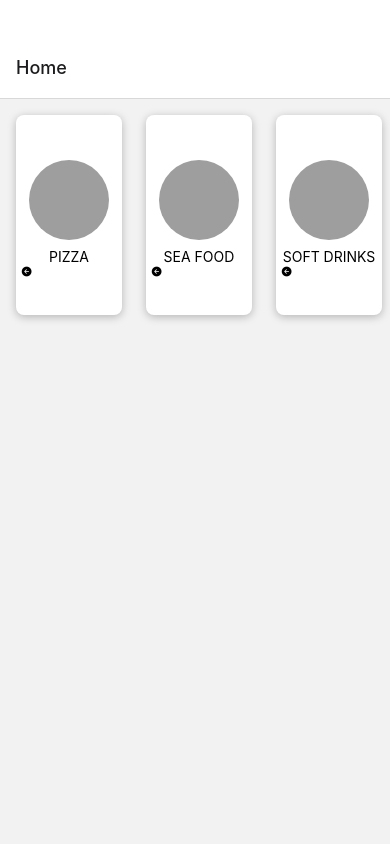
Repository: Esraa22M/ReactNative
Screen: /
An editor plug-in stored every save of this project. The screen is shown before and after the next save, followed by the edit.
Pictures or frames that could not be fetched are drawn as grey boxes. The app was drawn by React Native's web renderer in a window 390 px wide. The project was rebuilt for these pictures with package versions that can differ from the ones it lists, and the page was loaded fresh each time. Also part of the build but not shown: src/components/header/header.component.js, src/colors/front-screen-colors/user-auth-colors.js, src/components/header/header.styles.js, src/components/textInput/textInput.styles.js, src/components/textInput/textInput.components.jsx, src/components/singup-form-body/singup-form-body.components.js, src/screens/front-screen/Singup/singup-screen.screens.jsx, src/authentication/api/login-info.js and 2 more.

Above is the screen before, as saved 2023-09-21 01:14:42.

### App.js
import { SafeAreaView } from "react-native";
import { singupStyles } from "./src/screens/front-screen/Singup/singup-screen.styles";
import { Singup } from "./src/screens/front-screen/Singup/singup-screen.screens";
import UserCard from "./src/screens/front-screen/user-card/user-card.screens";
import { NavigationContainer } from "@react-navigation/native";
import { createStackNavigator } from "@react-navigation/stack";
import { Home } from "./src/screens/front-screen/home/home.screens";
const Stack = createStackNavigator();
export default function App() {
  return (
    <SafeAreaView style={singupStyles.container}>
      {/* <UserCard /> */}
      <NavigationContainer>
        <Stack.Navigator>
          <Stack.Screen name="Home" component={Home} />
        </Stack.Navigator>
      </NavigationContainer>
    </SafeAreaView>
  );
}

### src/screens/front-screen/Singup/singup-screen.styles.jsx
import { StyleSheet } from "react-native";
export const singupStyles = StyleSheet.create({
  container: { flex: 1, marginTop: 35 },
});

### src/screens/front-screen/home/home.screens.js
import { View, Text } from "react-native";
import { Categories } from "../../../components/categories/categories.components";
export const Home = () => {
  return (
    <>
      <Categories />
    </>
  );
};

### src/components/categories/categories.components.js
import { categories } from "../../data/dummay__data";
import { FlatList } from "react-native";
import { CategoryItem } from "./category-item.components";
export const Categories = () => {
  function renderCategoryItem(itemData) {
    return <CategoryItem item={itemData.item} />;
  }
  return (
    <FlatList
      numColumns={3}
      data={categories}
      renderItem={renderCategoryItem}
      keyExtractor={(item) => item.id}
    />
  );
};

### src/data/dummay__data.js
import { Category } from "../modal/category.modals";
export const categories = [
  new Category(
    "1pizza",
    "Pizza",
    "https://img.freepik.com/free-vector/flying-slice-pizza-cartoon-vector-illustration-fast-food-concept-isolated-vector-flat-cartoon-style_138676-1934.jpg?w=740&t=st=1695067102~exp=1695067702~hmac=7d47136b0dff2be87480dc1a22a28658daa67f706d90b59d117303a312dc6c16"
  ),
  new Category(
    "sea_food2",
    "sea food",
    "https://img.freepik.com/free-vector/seafood-products-set_98292-1624.jpg?w=740&t=st=1695067277~exp=1695067877~hmac=62082bdd900b5c830349f2bb8f3cd3466fcfb5395c4f24459194aeaeb256cb2c"
  ),
  new Category(
    "3softDrinks",
    "soft drinks",
    "https://img.freepik.com/free-vector/soda-cups-drink_24877-57922.jpg?w=740&t=st=1695067422~exp=1695068022~hmac=60b80d144880f8a8413a85c867ecfc35a38170c71354acfc84aa5b82ae30d594"
  ),
];

### src/components/categories/category-item.components.js
import { View, Text, Image, StyleSheet, Pressable } from "react-native";
import { HomeColors } from "../../colors/front-screen-colors/home-colors";
import { IconButton } from "../icon-button/icon-button.components";
export const CategoryItem = ({ item }) => {
  const { name, image } = item;
  console.log(item);
  return (
    <View style={styles.container}>
      <Pressable>
        <Image source={{ uri: image }} style={styles.image} />
        <Text style={styles.categoryName}>{name}</Text>
        <IconButton name={"arrow-back-circle"} />
      </Pressable>
    </View>
  );
};
const styles = StyleSheet.create({
  container: {
    flex: 1,
    height: 200,
    justifyContent: "center",
    backgroundColor: HomeColors.LIGHT_COLOR,
    alignItems: "center",
    shadowColor: "black",
    shadowOpacity: 0.25,
    shadowOffset: { width: 0, height: 2 },
    shadowRadius: 8,
    marginVertical: 16,
    marginLeft: 16,
    marginRight: 8,
    elevation: 4,
    alignItems: "center",
    borderRadius: 8,
  },
  image: {
    width: 80,
    height: 80,
    borderRadius: 80 / 2,
    margin: 8,
  },
  categoryName: {
    textAlign: "center",
    textTransform: "uppercase",
  },
});

### src/modal/category.modals.js
export class Category {
  constructor(id, name, image) {
    this.id = id;
    this.name = name;
    this.image = image;
  }
}

### src/colors/front-screen-colors/home-colors.js
export const HomeColors = { LIGHT_COLOR: "white", ACTIVE_COLOR: "#FFBF00" };

### src/components/icon-button/icon-button.components.js
import { Pressable, StyleSheet } from "react-native";
import Ionicons from "@expo/vector-icons/Ionicons";
export const IconButton = ({ name, color, size, ...props }) => {
  return (
    <Pressable style={({ pressed }) => pressed && styles.pressed}>
      <Ionicons {...props} name={name} color={color} size={size} />
    </Pressable>
  );
};
const styles = StyleSheet.create({ pressed: { opacity: 0.7, color: "blue" } });

After the next save:
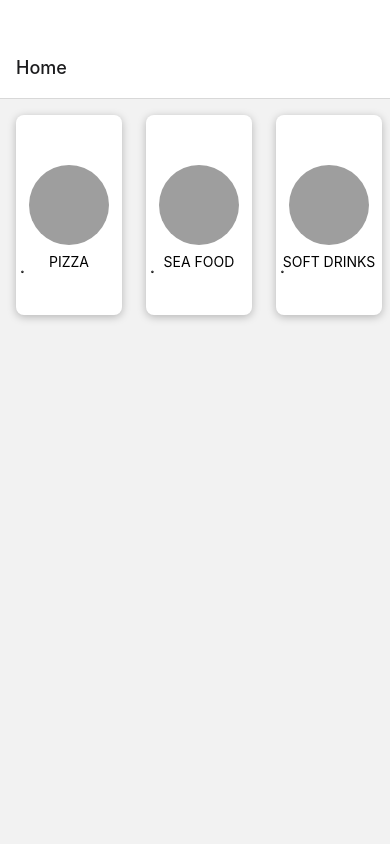
Saved 14 s later.
--- a/src/components/categories/category-item.components.js
+++ b/src/components/categories/category-item.components.js
@@ -9,7 +9,7 @@ export const CategoryItem = ({ item }) => {
       <Pressable>
         <Image source={{ uri: image }} style={styles.image} />
         <Text style={styles.categoryName}>{name}</Text>
-        <IconButton name={"arrow-back-circle"} />
+        <IconButton name={"arrow-back-circle"} size={3} />
       </Pressable>
     </View>
   );
